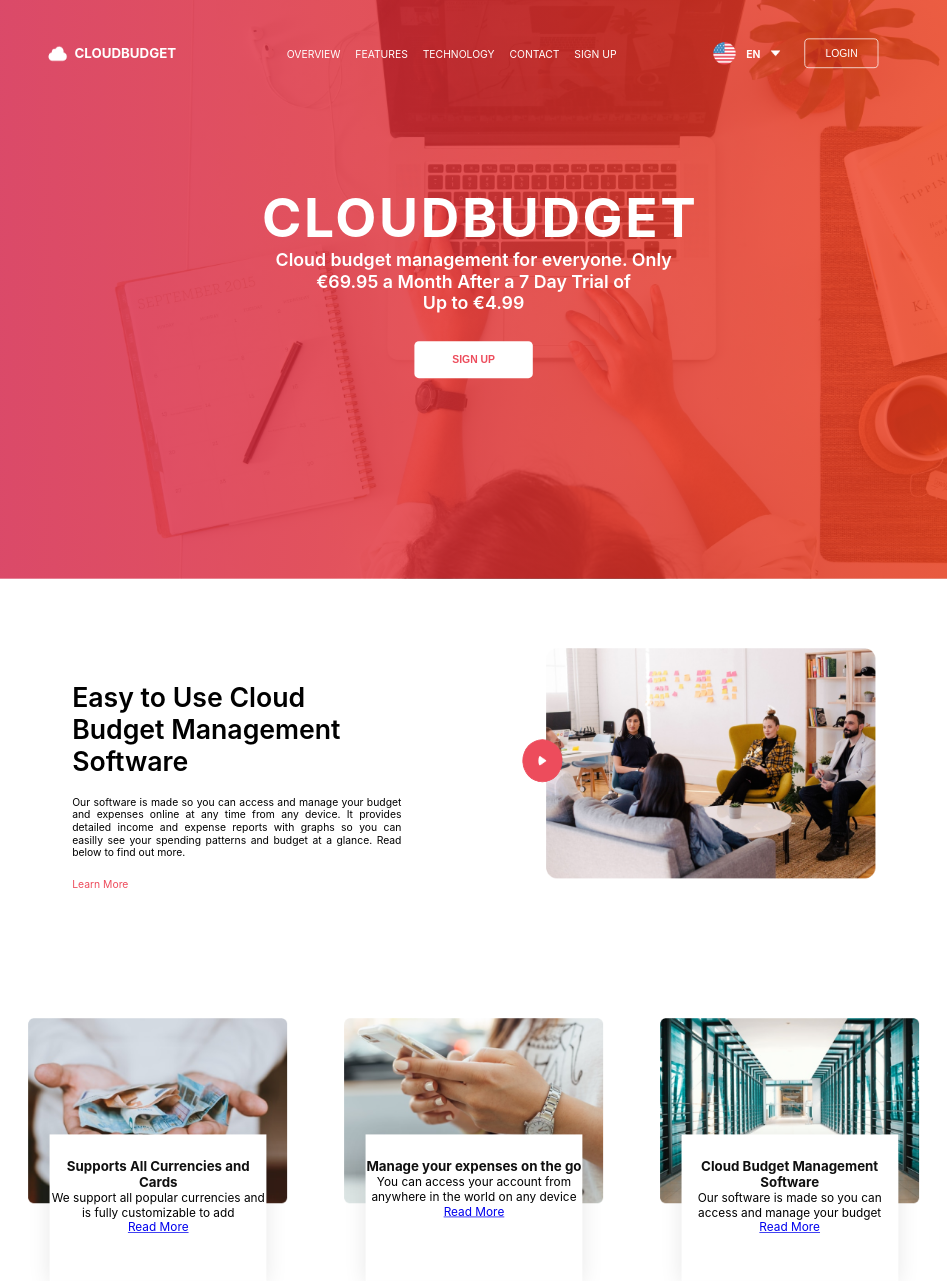
Repository: Ola-22/cloudBudget
Page: /
The author's editor kept a copy of each file at every save. The page is drawn from the files as they stood at one save, then again after a run of saves.
The browser window is 1280 px wide. The pictures show the whole page, at 74% of full size.
The project was rebuilt for these pictures with package versions that can differ from the ones it lists, and the page was loaded fresh each time.

Above is the page before, as saved 2021-09-13 13:18:19.

### src/App.js
import "./App.css";
import {
  Navbar,
  MainContent,
  VideoSection,
  Features,
} from "./components/component-path";

function App() {
  return (
    <div className="App">
      <div
        className="app-main"
        style={{
          backgroundImage:
            "linear-gradient(90deg, rgba(213, 32, 71, 0.8) 0%, rgba(238, 61, 27, 0.8) 100%),url(/images/bg.png)",
          height: "782px",
        }}
      >
        <Navbar />
        <MainContent />
      </div>
      <VideoSection />
      <Features />
    </div>
  );
}

export default App;

### src/App.css
*{
  margin: 0;
  padding: 0;
  box-sizing: border-box;
}

.app-main{
  /* height: 782px; */
  background-position: center;
  background-repeat: no-repeat;
  background-size: cover;
  position: relative;
}

### src/Components/component-path.js
export { default as Navbar } from "./Navbar";
export { default as MainContent } from "./MainContent";
export { default as VideoSection } from "./VideoSection";
export { default as Features } from "./Features";

### src/Components/Navbar/index.jsx
import "./style.scss";
import { Link, BrowserRouter as Router } from "react-router-dom";

function Navbar() {
  return (
    <div className="nav-main">
      <div className="nav-box">
        <img src="/images/Vector.png" alt="" />
        <h3>CLOUDBUDGET</h3>
      </div>
      <Router>
        <nav>
          <Link to="/">overview</Link>
          <Link to="/">features</Link>
          <Link to="/">technology</Link>
          <Link to="/">contact</Link>
          <Link to="/">sign up</Link>
        </nav>
      </Router>
      <div style={{ display: "flex", cursor: "pointer" }}>
        <div className="flag-box">
          <img src="/images/flag.png" alt="" />
          <h4>EN</h4>
          <img src="/images/vector2.png" alt="" />
        </div>
        <button>Login</button>
      </div>
    </div>
  );
}

export default Navbar;

### src/Components/MainContent/index.jsx
import "./style.css";

export default function MainContent() {
  return (
    <div className="main-content">
      <h1>CloudBudget</h1>
      <p>
        Cloud budget management for everyone. Only €69.95 a Month After a 7 Day
        Trial of
        <br /> Up to €4.99
      </p>
      <button>sign up</button>
    </div>
  );
}

### src/Components/VideoSection/index.jsx
import "./style.scss";

export default function VideoSection() {
  return (
    <div className="videoMain">
      <div className="video-content">
        <h2>Easy to Use Cloud Budget Management Software</h2>
        <p>
          Our software is made so you can access and manage your budget and
          expenses online at any time from any device. It provides detailed
          income and expense reports with graphs so you can easilly see your
          spending patterns and budget at a glance. Read below to find out more.
        </p>
        <a href="#">Learn More</a>
      </div>
      <div>
        <img src="/images/play.png" alt="" />
        <img src="/images/Video_bg.png" alt="" />
      </div>
    </div>
  );
}

### src/Components/Features/index.jsx
import FeaturesCard from "./FeaturesCard";

export default function Features() {
  return (
    <div style={{ display: "flex", justifyContent: "space-around" }}>
      <FeaturesCard
        src="/images/features1.png"
        title="Supports All Currencies and Cards"
        paragraph="We support all popular currencies and is fully customizable to add"
        readmore="Read More"
      />
      <FeaturesCard
        src="/images/features2.png"
        title="Manage your expenses on the go"
        paragraph="You can access your account from anywhere in the world on any device"
        readmore="Read More"
      />
      <FeaturesCard
        src="/images/features3.png"
        title="Cloud Budget Management Software"
        paragraph="Our software is made so you can access and manage your budget"
        readmore="Read More"
      />
    </div>
  );
}

### src/Components/Navbar/style.scss
@import "../../styles/variables.scss";

.nav-main{
  display: flex;
  align-items: center;
  justify-content: space-around;
  padding-top: 52px;
  & >nav{
    display: flex;
    & >a {
      margin-left: 20px;
      text-transform: uppercase;
      color: $whiteColor;
      font-size: 14px;
      text-decoration: none;
    }
  }

  & button{
    width: 100px;
    height: 40px;
    background-color: transparent;
    border-radius: 6px;
    border: 1px solid $whiteColor;
    font-size: 14px;
    text-transform: uppercase;
    color: $whiteColor;
    margin-inline-start: 28.81px;
    margin-inline-end: 28px;
  }
}

.nav-box{
  display: flex;
  // margin-left: 5%;
  & > h3{
    font-size: 18px;
    margin-left: 9.9px;
    color: white;
  }
}

.flag-box{
  display: flex;
  align-items: center;
  width: 96px;
  & > h4{
    font-size: 14px;
    color: $whiteColor;
    margin-inline-start: 13.81px;
    margin-inline-end: 13.81px;
  }
}

### src/Components/MainContent/style.css
.main-content {
  display: -webkit-box;
  display: -ms-flexbox;
  display: flex;
  -webkit-box-align: center;
      -ms-flex-align: center;
          align-items: center;
  -webkit-box-orient: vertical;
  -webkit-box-direction: normal;
      -ms-flex-direction: column;
          flex-direction: column;
  color: #ffffff;
  margin-top: 158px;
}

.main-content > h1 {
  font-size: 72px;
  text-transform: uppercase;
  margin-left: 18px;
  letter-spacing: 0.05em;
}

.main-content > p {
  font-size: 24px;
  width: 540px;
  height: 124px;
  font-weight: 600;
  overflow-wrap: break-word;
  text-align: center;
  margin: 0;
}

.main-content > button {
  background-color: #ffffff;
  border-radius: 6px;
  width: 160px;
  height: 50px;
  font-size: 14px;
  text-transform: uppercase;
  color: #ED4C5C;
  border: none;
  font-weight: 600;
  cursor: pointer;
}
/*# sourceMappingURL=style.css.map */

### src/Components/VideoSection/style.scss
@import "../../styles/variables.scss";

.videoMain{
  display: flex;
  justify-content: space-around;
  margin-top: 94px;
  height: 500px;

  & > div:last-of-type{
    position: relative;
    & img:first-of-type{
      border: 1px solid $btnColor;
      background-color: $btnColor;
      border-radius: 50%;
      padding: 20px;
      // width: 18px;
      position: absolute;
      margin-top: 123px;
      left: -32px;
    }
  }
}

.video-content{
  width: 445px;
  & > h2{
    font-size: 36px;
    line-height: 43px;
    margin-top: 46px;
    font-weight: 600;
  }
  & > p{
    font-size: 14px;
    text-align: justify;
    margin: 24px 0;
  }
  & > a{
    color: $btnColor;
    font-size: 14px;
    text-decoration: none;
  }
}

### src/Components/Features/FeaturesCard/index.js
import "./style.scss";

export default function FeaturesCard({ src, title, paragraph, readmore }) {
  return (
    <div className="features-card">
      <img src={src} alt="" />
      <div>
        <h3>{title}</h3>
        <p>{paragraph}</p>
        <a href="#">{readmore}</a>
      </div>
    </div>
  );
}

### src/styles/variables.scss
$whiteColor: #ffffff;
$blackColor: #000000;
$orangeColor: #EE3D1B;
$pinkColor: #D52047;
$btnColor: #ED4C5C;

### src/Components/Features/FeaturesCard/style.scss
@import "../../../styles/variables.scss";


.features-card{
  position: relative;
  text-align: center;
  // display: flex;
  & > div{
    background-color: $whiteColor;
    position: absolute;
    top: 157px;
    width: 293px;
    height: 198px;
    left: 29px;
    box-shadow: 0px 5px 30px rgba(0, 0, 0, 0.1);
    & > h3{
      margin-top: 33px;
      font-size: 18px;
      color: #101010;
    }
  }
}

Loaded but not shown: public/index.html (common file); src/index.js (common file); src/index.css (common file); src/reportWebVitals.js (common file)

After the next 2 saves:
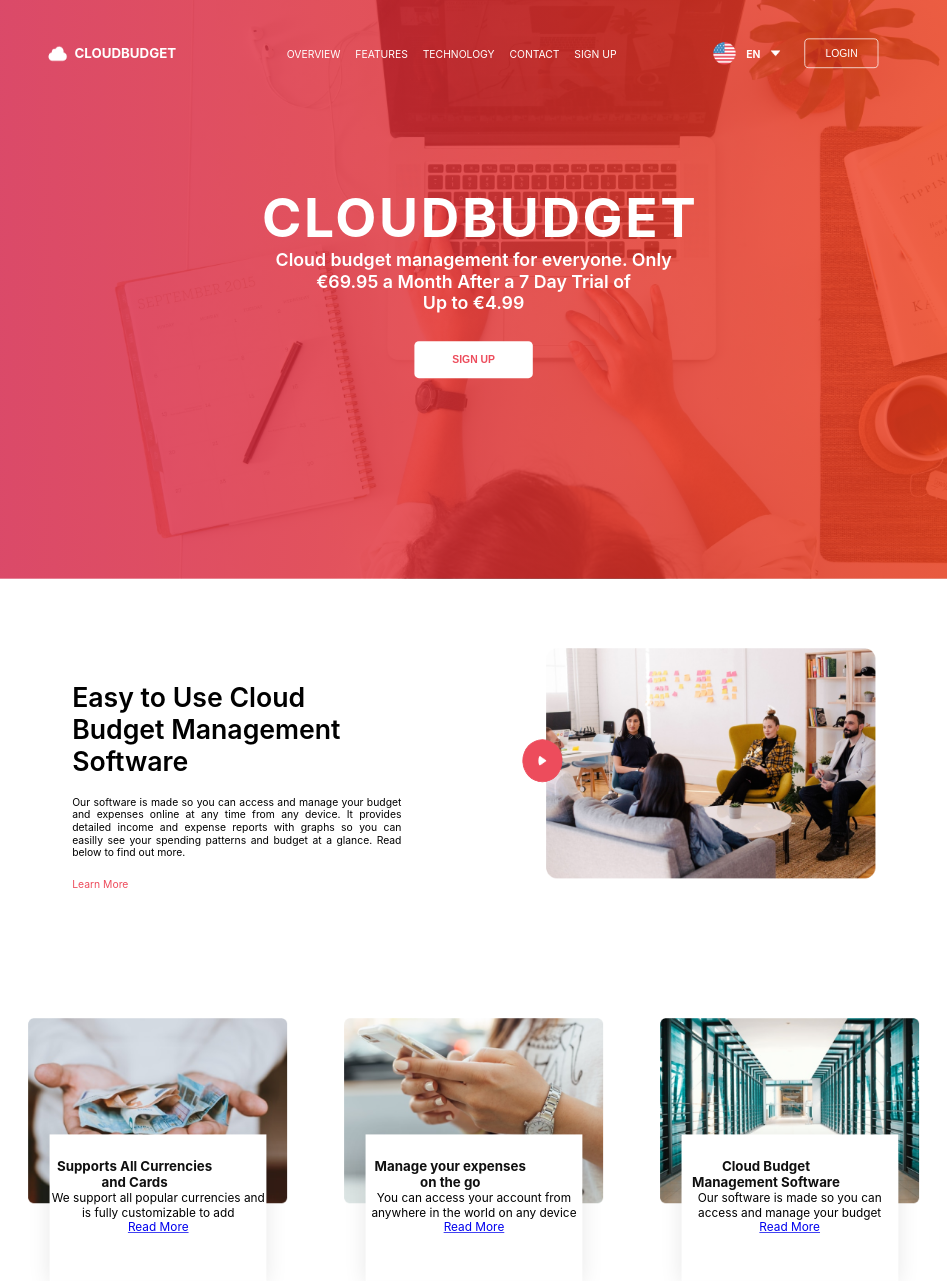
The 2 saves are shown as one change because they came seconds apart.
The last was saved 15 s later.
--- a/src/Components/Features/FeaturesCard/style.scss
+++ b/src/Components/Features/FeaturesCard/style.scss
@@ -17,6 +17,7 @@
       margin-top: 33px;
       font-size: 18px;
       color: #101010;
+      width: 229px;
     }
   }
 }
